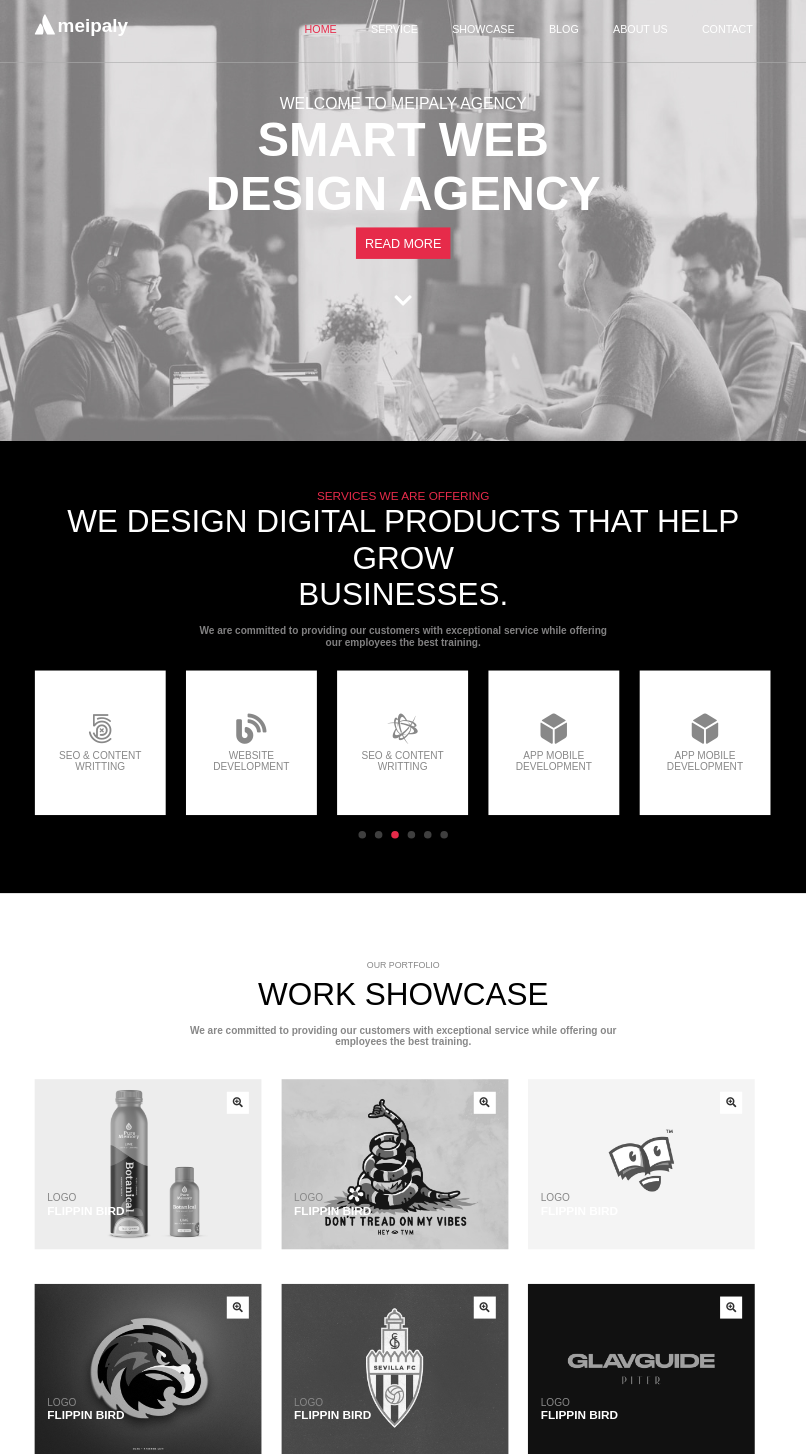
Repository: ToanNguyenThai/Meipaly
Page: index.html
The author's editor kept a copy of each file at every save. The page is drawn from the files as they stood at one save, then again after the next save.
The browser window is 1280 px wide. The pictures show the whole page, at 63% of full size.

Above is the page before, as saved 2021-12-11 01:09:52.

After the next save:
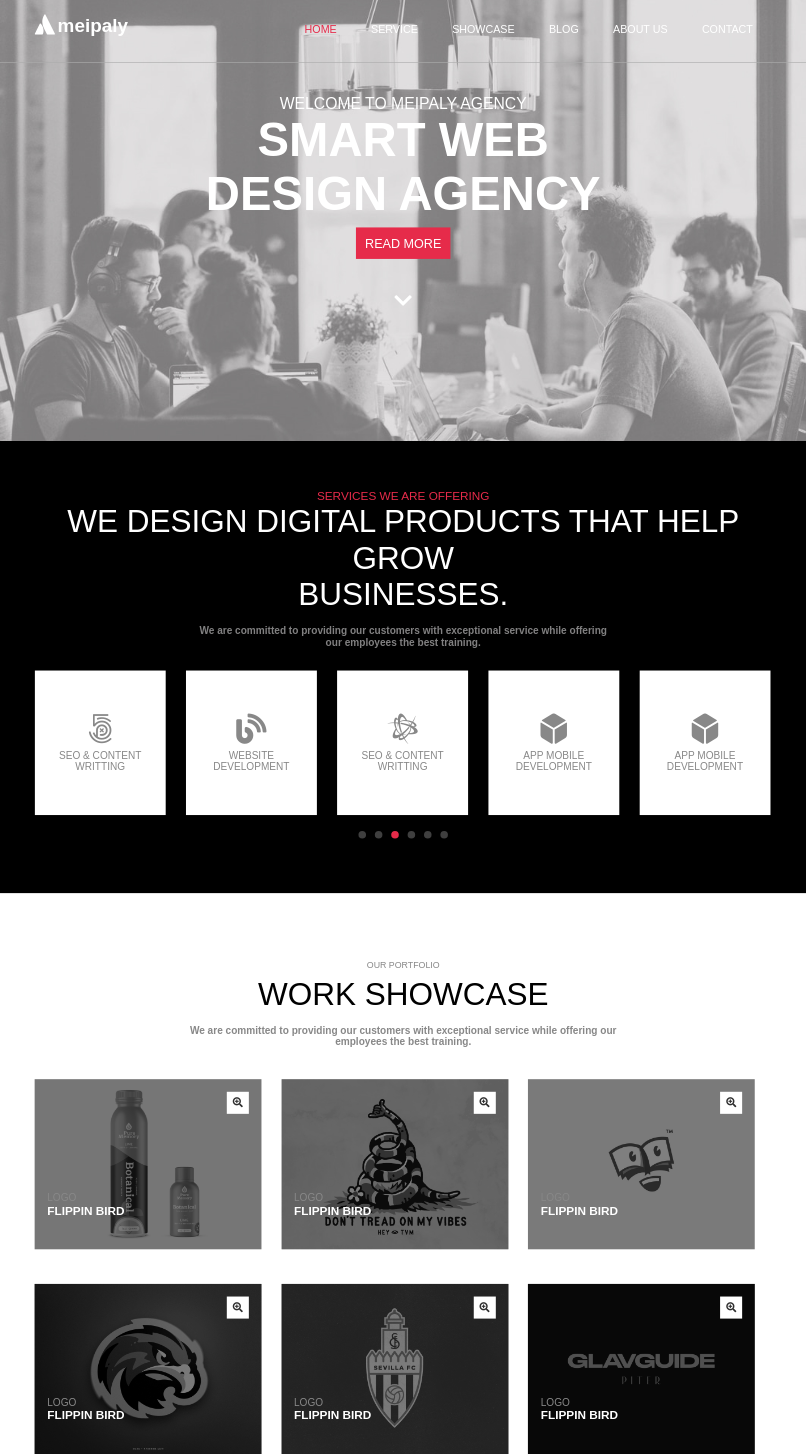
Saved 16 s later.
--- a/css/style.css
+++ b/css/style.css
@@ -230,6 +230,7 @@
     position: absolute;
     top: 0;
     left: 0;
+    background-color: rgba(0, 0, 0, 0.5);
 }
 .content__container img{
     width: 100%;
